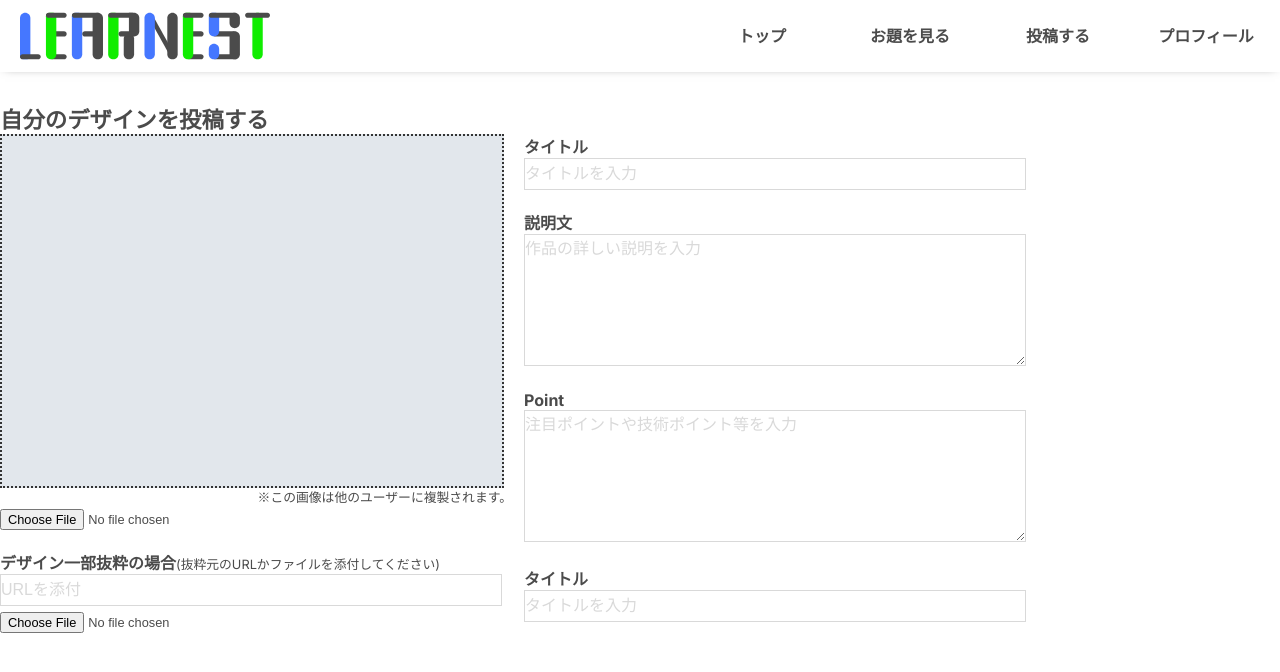
Repository: KawakamiAyaka/Learnest
Page: /inputPost
These files come from the project's save history. The page is drawn as it stood at one moment and after the next save; the edit follows.
The browser window is 1280 px wide. The pictures show the whole page.
The project was rebuilt for these pictures with package versions that can differ from the ones it lists, and the page was loaded fresh each time. The framework's server and built-in components were replaced by stand-ins that run in the browser. Also part of the build but not shown: next.config.mjs.

Above is the page before, as saved 2024-07-12 11:32:47.

After the next save:
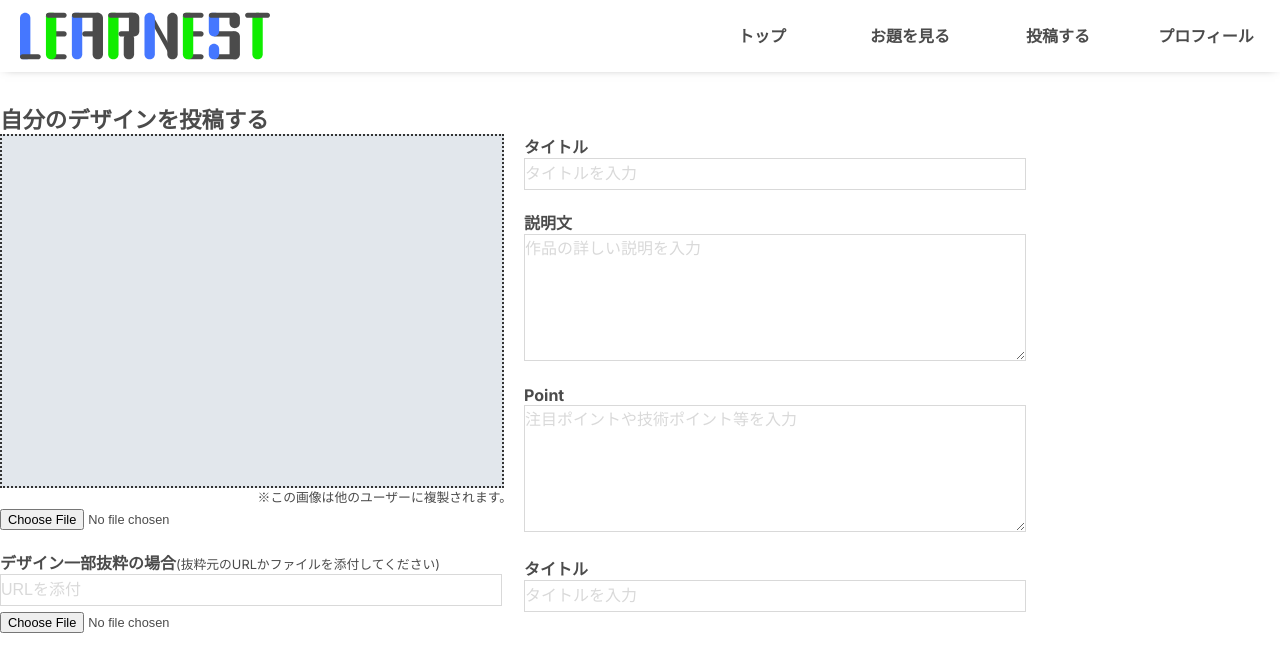
Saved 8 s later.
--- a/src/app/inputPost/inputPost.module.scss
+++ b/src/app/inputPost/inputPost.module.scss
@@ -69,7 +69,7 @@
 
     .explanation{
         width: 500px;
-        height: 130px;
+        height: 125px;
         margin-bottom: 20px;
         border: #d9d9d9 1px solid;
 
@@ -84,7 +84,7 @@
 
     .Point{
         width: 500px;
-        height: 130px;
+        height: 125px;
         margin-bottom: 20px;
         border: #d9d9d9 1px solid;
 
